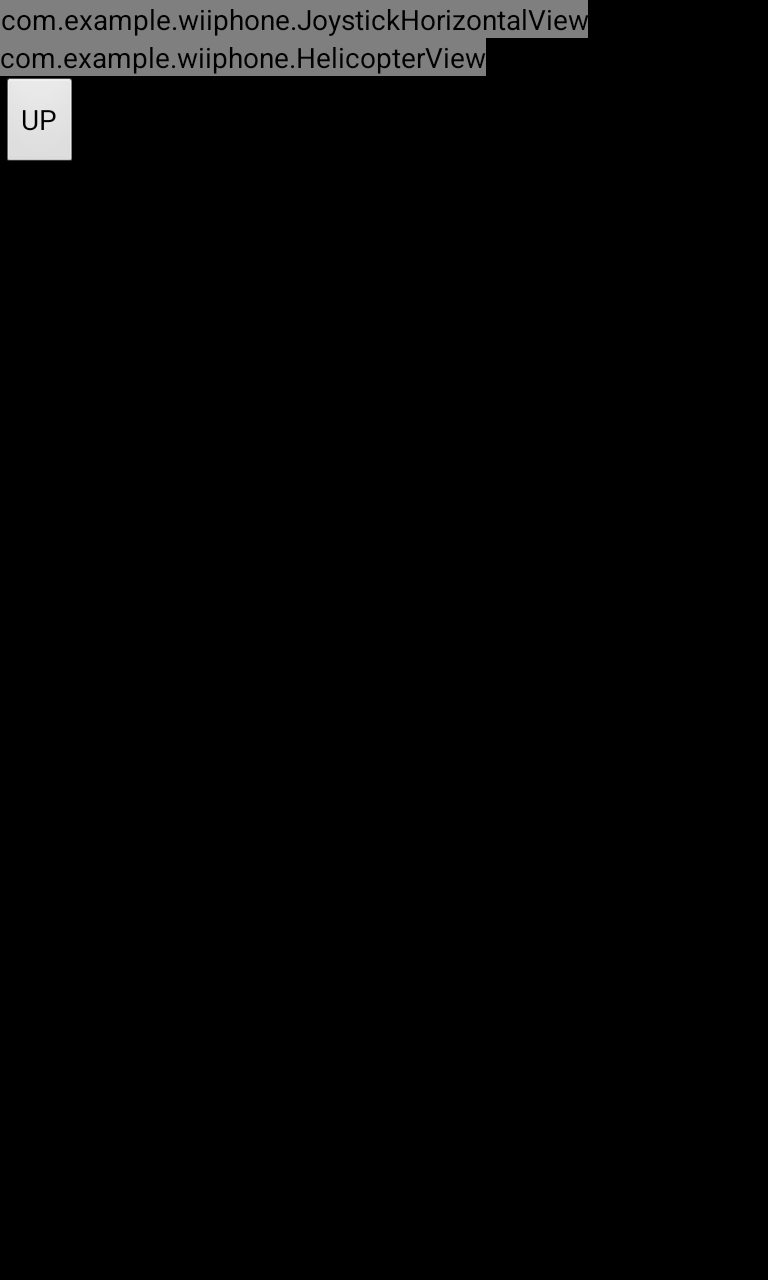
Repository: Malow/PhoneGame
Layout: Android/WiiPhone/res/layout/helicopter_main.xml
The author's editor kept a copy of each file at every save. The layout is drawn from the files as they stood at one save, then again after the next save.
Pictures or frames that could not be fetched are drawn as grey boxes. It is drawn on a 768 x 1280 px phone screen (xhdpi) without system bars, with theme android:Theme.NoTitleBar.Fullscreen; the app's code is not run.

Above is the layout before, as saved 2013-04-22 14:21:41.

After the next save:
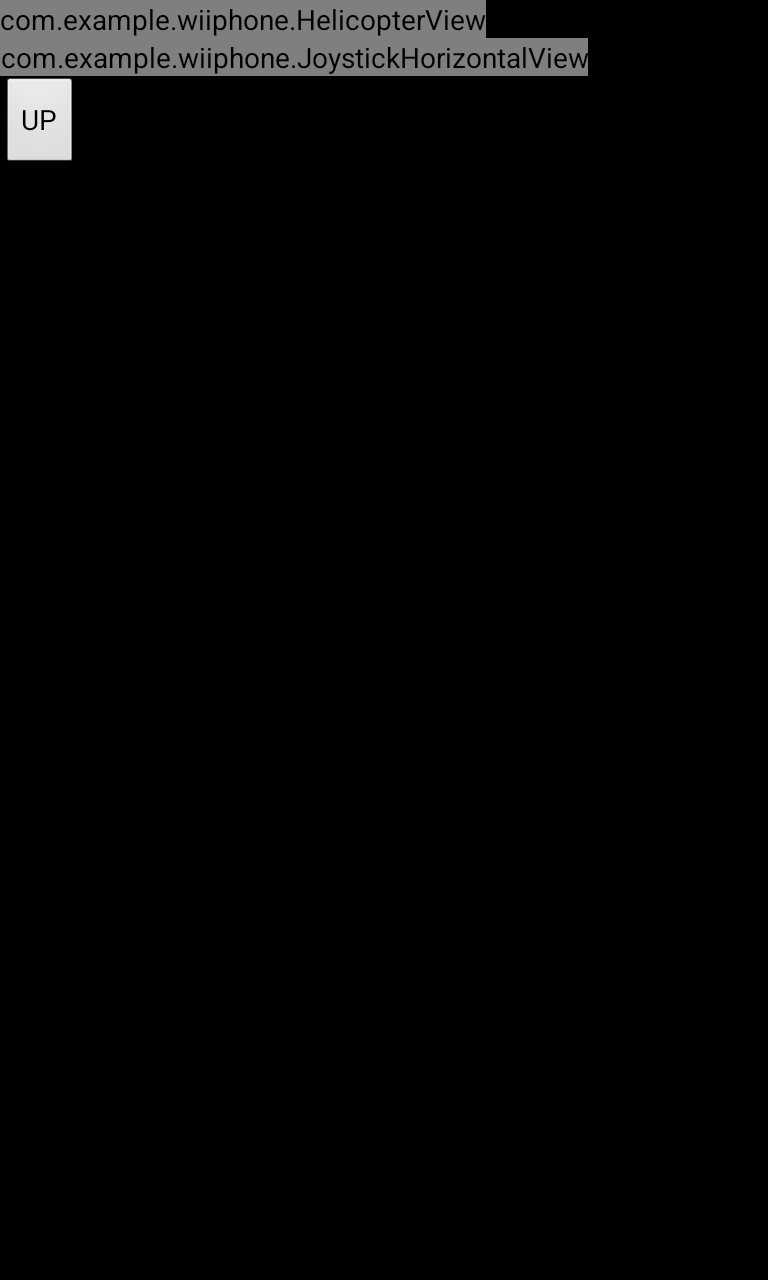
Saved 17 min 40 s later.
--- a/Android/WiiPhone/res/layout/helicopter_main.xml
+++ b/Android/WiiPhone/res/layout/helicopter_main.xml
@@ -4,16 +4,16 @@
     android:layout_height="fill_parent"
     android:orientation="vertical" >
 
+    <com.example.wiiphone.HelicopterView
+        android:id="@+id/helicopterview"
+        android:layout_width="wrap_content"
+        android:layout_height="wrap_content"
+        android:layout_marginRight="64dp" />
+
     <com.example.wiiphone.JoystickHorizontalView
         android:id="@+id/joyview"
         android:layout_width="wrap_content"
         android:layout_height="wrap_content" />
-
-        <com.example.wiiphone.HelicopterView
-            android:id="@+id/helicopterview"
-            android:layout_width="wrap_content"
-            android:layout_height="wrap_content"
-            android:layout_marginRight="64dp" />
 
         <Button
             android:id="@+id/button1"

After the save that followed:
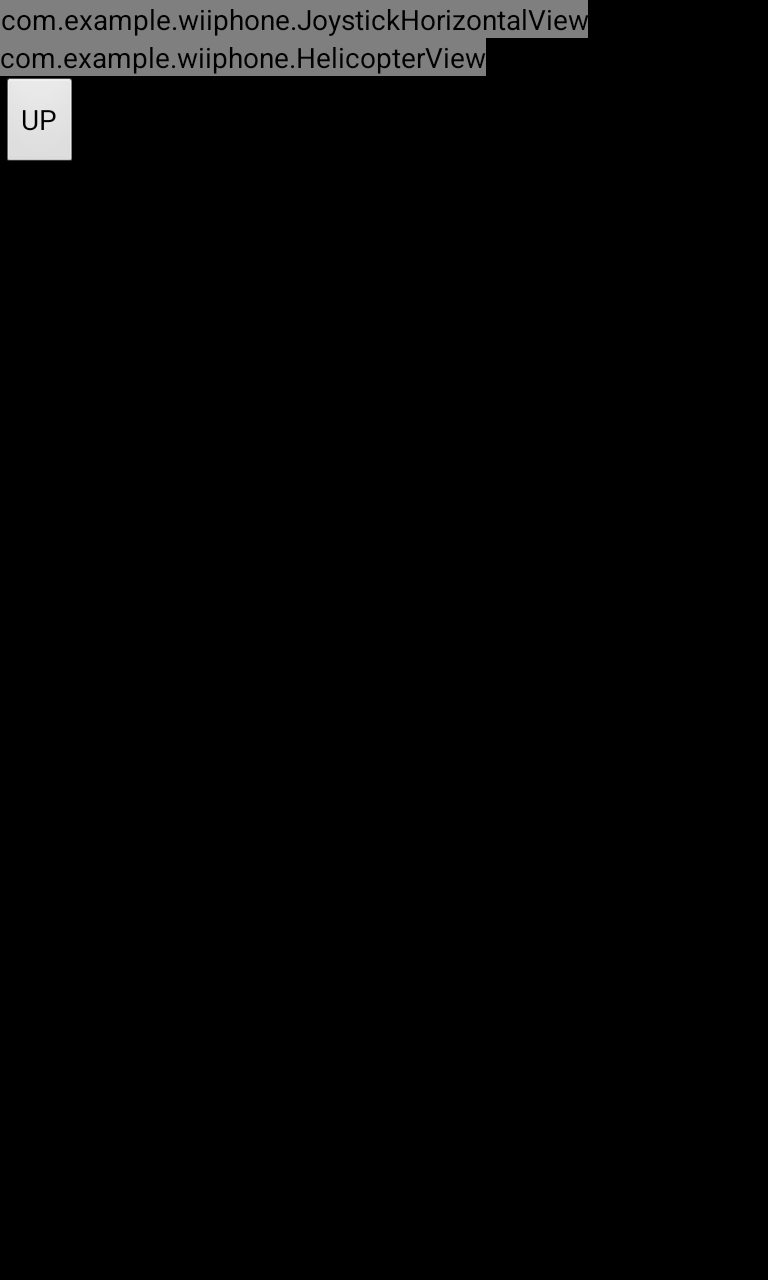
Saved 57 s later.
--- a/Android/WiiPhone/res/layout/helicopter_main.xml
+++ b/Android/WiiPhone/res/layout/helicopter_main.xml
@@ -4,16 +4,16 @@
     android:layout_height="fill_parent"
     android:orientation="vertical" >
 
+    <com.example.wiiphone.JoystickHorizontalView
+        android:id="@+id/joyview"
+        android:layout_width="wrap_content"
+        android:layout_height="wrap_content" />
+
     <com.example.wiiphone.HelicopterView
         android:id="@+id/helicopterview"
         android:layout_width="wrap_content"
         android:layout_height="wrap_content"
         android:layout_marginRight="64dp" />
-
-    <com.example.wiiphone.JoystickHorizontalView
-        android:id="@+id/joyview"
-        android:layout_width="wrap_content"
-        android:layout_height="wrap_content" />
 
         <Button
             android:id="@+id/button1"
